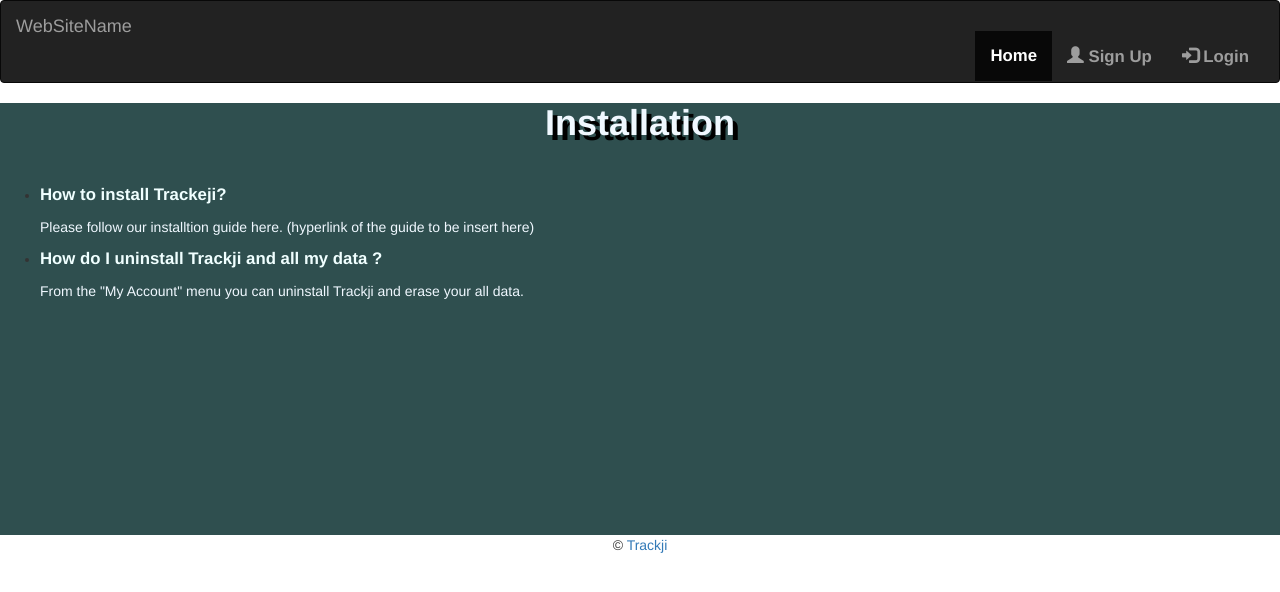
Repository: prathmeshgodbole/Web_Development
Page: Mobile_tracker/Installation.html
An editor plug-in stored every save of this project. The page is shown before and after the next save, followed by the edit.
The browser window is 1280 px wide. The pictures show the whole page.

Above is the page before, as saved 2020-03-08 18:19:09.

### Mobile_tracker/Installation.html
<!DOCTYPE html>
<html lang="en">



<head>
    <title>Bootstrap Example</title>
    <meta charset="utf-8">
    <meta name="viewport" content="width=device-width, initial-scale=1">
    <link rel="stylesheet" href="https://maxcdn.bootstrapcdn.com/bootstrap/3.4.1/css/bootstrap.min.css">
    <link rel="stylesheet" href="./css/installation.css">
    <script src="https://ajax.googleapis.com/ajax/libs/jquery/3.4.1/jquery.min.js"></script>
    <script src="https://maxcdn.bootstrapcdn.com/bootstrap/3.4.1/js/bootstrap.min.js"></script>
</head>

<body>

    <nav class="navbar navbar-inverse">
        <div class="container-fluid">
            <div class="navbar-header">
                <button type="button" class="navbar-toggle" data-toggle="collapse" data-target="#myNavbar">
        <span class="icon-bar"></span>
        <span class="icon-bar"></span>
        <span class="icon-bar"></span>
      </button>
                <a class="navbar-brand" href="#">WebSiteName</a>
            </div>
            <div class="collapse navbar-collapse" id="myNavbar">

                <ul class="nav navbar-nav navbar-right">
                    <li class="active"><a href="#">Home</a></li>
                    <li><a href="#"><span class="glyphicon glyphicon-user"></span> Sign Up</a></li>
                    <li><a href="#"><span class="glyphicon glyphicon-log-in"></span> Login</a></li>
                </ul>
            </div>
        </div>
    </nav>

    <div class="section">
        <h1 class="section-title">Installation</h1>

        <ul class="article-list">

            <li class="article-promoted">
                <a href="">How to install Trackeji?</a>
                <p>Please follow our installtion guide here. (hyperlink of the guide to be insert here)</p>
            </li>

            <li class="article-promoted">
                <a href="">How do I uninstall Trackji and all my data ?</a>
                <p>From the "My Account" menu you can uninstall Trackji and erase your all data.</p>
            </li>

        </ul>
    </div>
    <!--/.container-->
    <footer class="footer container">
        <div class="container-inner">
            <p class="copyright">&copy; <a href=>Trackji</a></p>
        </div>
    </footer>



</body>

</html>

### Mobile_tracker/css/installation.css
*body {
    margin: 0%;
    padding: 0%;
}

.section {
    top: 0px;
    background-color: darkslategray;
    height: 60vh;
}

.section h1 {
    color: aliceblue;
    text-shadow: black 5px 5px;
    font-weight: bold;
    text-align: center;
}

ul {
    margin-top: 40px;
}

ul li a {
    color: azure;
    font-weight: bold;
    font-size: larger;
    margin-top: 30px;
}

ul li p {
    color: aliceblue;
    margin-top: 10px;
}

.footer {
    text-align: center;
}

After the next save:
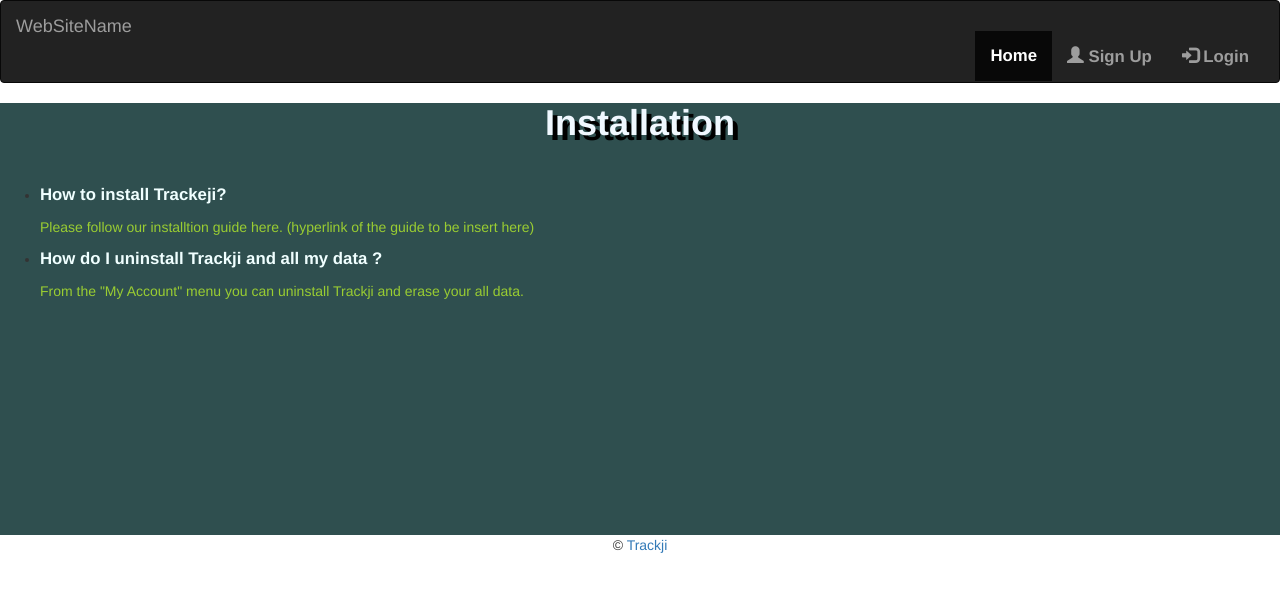
Saved 25 s later.
--- a/Mobile_tracker/css/installation.css
+++ b/Mobile_tracker/css/installation.css
@@ -28,7 +28,7 @@ ul li a {
 }
 
 ul li p {
-    color: aliceblue;
+    color: yellowgreen;
     margin-top: 10px;
 }
 
